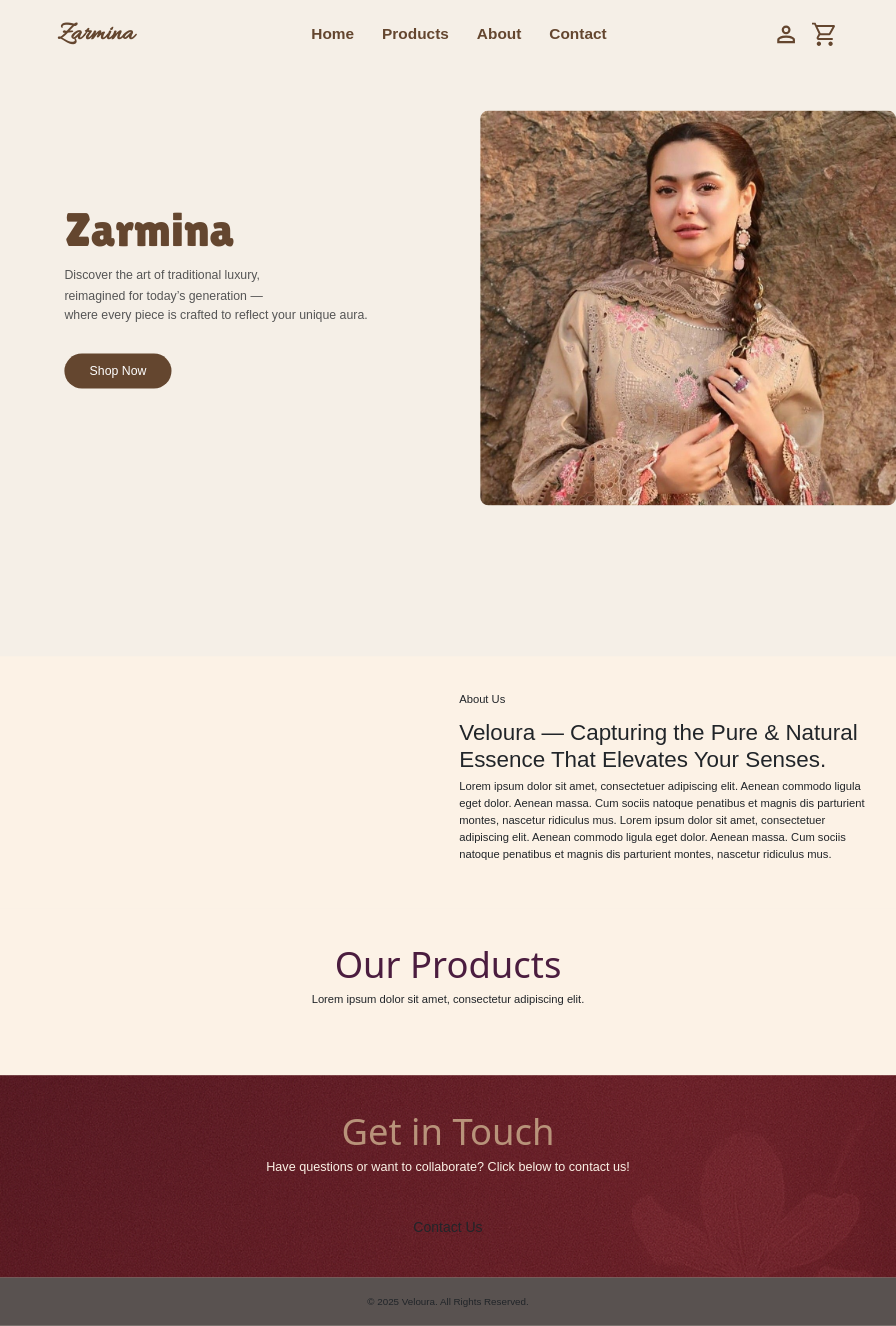
Repository: ayeshatehreem77/Clothing-store
Page: / (app in perfumes-app/)
An editor plug-in stored every save of this project. The page is shown before and after the next save, followed by the edit.
The browser window is 1280 px wide. The pictures show the whole page, at 70% of full size.
Pictures or frames that could not be fetched are drawn as grey boxes. The page's requests for data from a server got no answer. Some web fonts or font styles are not loaded; a fallback is used. The project was rebuilt for these pictures with package versions that can differ from the ones it lists, and the page was loaded fresh each time. No one was signed in, and anything a server would have sent is missing. Also part of the build but not shown: perfumes-app/src/components/Alert.js.

Above is the page before, as saved 2025-10-29 00:24:19.

After the next save:
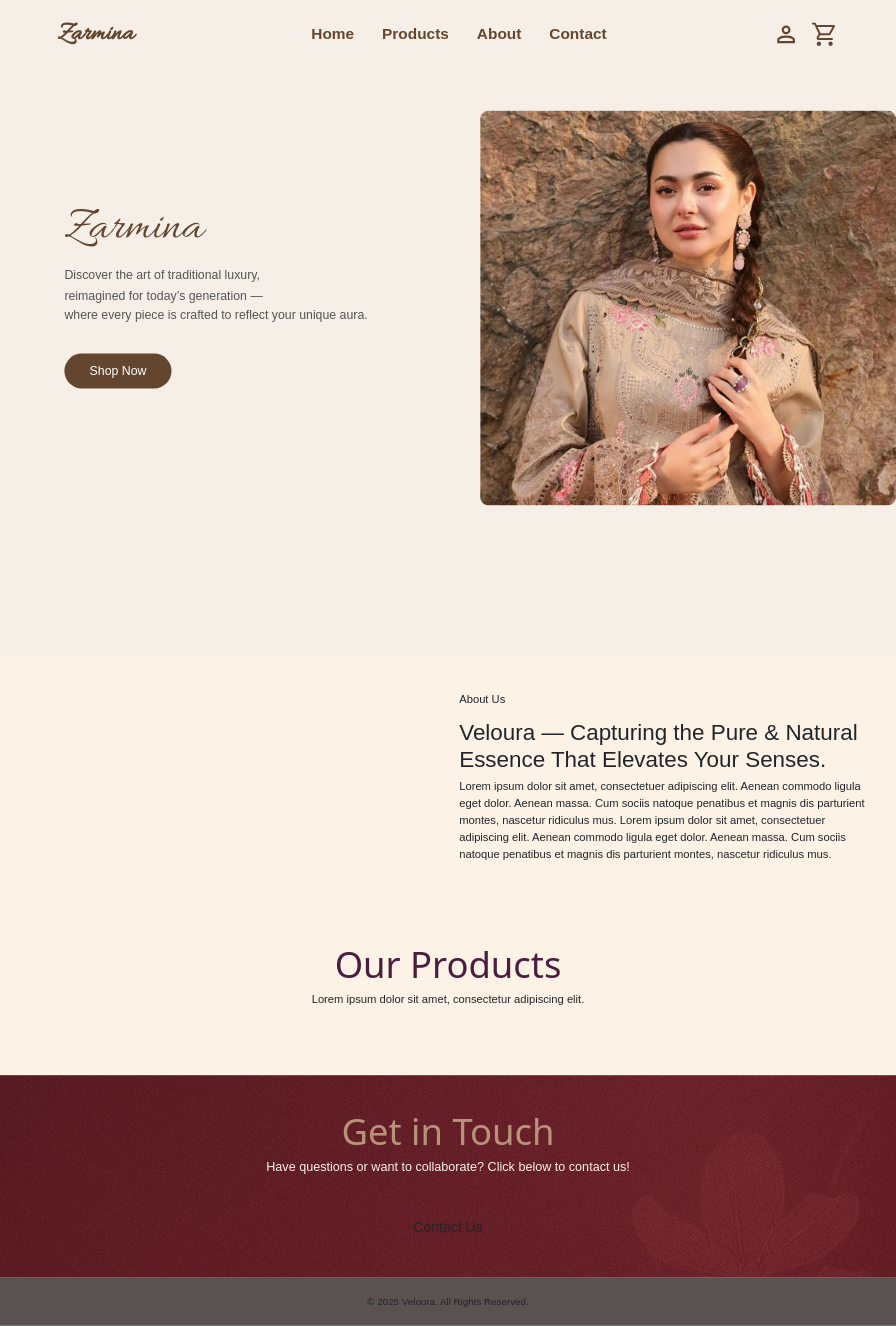
Saved 41 s later.
--- a/perfumes-app/src/App.css
+++ b/perfumes-app/src/App.css
@@ -110,7 +110,7 @@ button.navbar-toggler {
 }
 
 .hero-text h1 {
-  font-family: "Lilita One", sans-serif;
+  font-family: "Allura", cursive;
   font-weight: 400;
   font-style: normal;
   font-size: 4.2rem;
